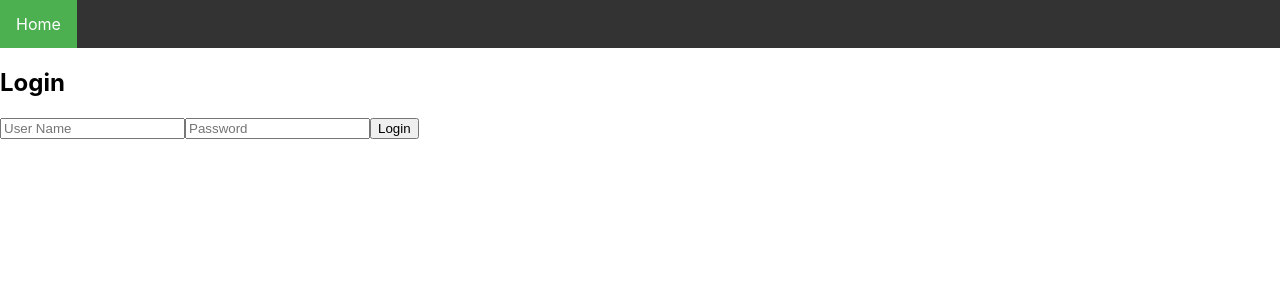
Repository: dechavez4/semester3_exam_frontend
Page: /
The author's editor kept a copy of each file at every save. The page is drawn from the files as they stood at one save, then again after the next save.
The browser window is 1280 px wide. The pictures show the whole page.
The project was rebuilt for these pictures with package versions that can differ from the ones it lists, and the page was loaded fresh each time. Also part of the build but not shown: src/App.css.

Above is the page before, as saved 2019-11-14 15:04:39.

After the next save:
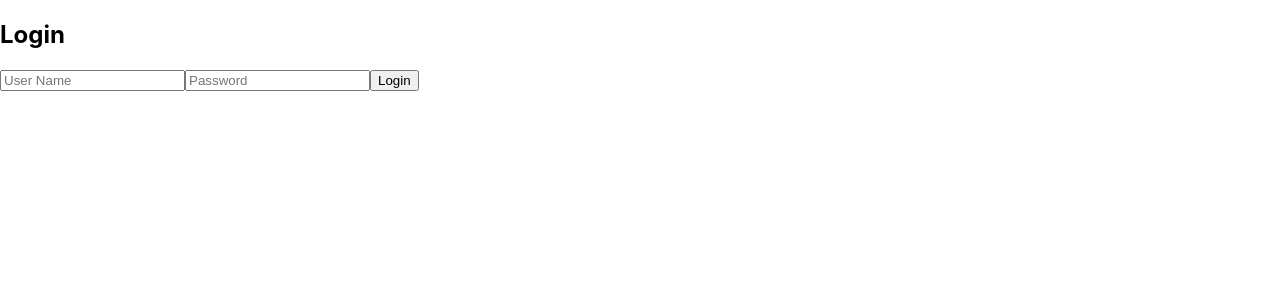
Saved 38 s later.
--- a/src/App.js
+++ b/src/App.js
@@ -52,23 +52,14 @@ function LogIn({ login }) {
   };
 
   return (
-    <Router>
-      <ul className="header">
-        <li>
-          <NavLink exact activeClassName="active" to="/">
-            Home
-          </NavLink>
-        </li>
-      </ul>
-      <div>
-        <h2>Login</h2>
-        <form onChange={onChange}>
-          <input placeholder="User Name" id="username" />
-          <input placeholder="Password" id="password" />
-          <button onClick={performLogin}>Login</button>
-        </form>
-      </div>
-    </Router>
+    <div>
+      <h2>Login</h2>
+      <form onChange={onChange}>
+        <input placeholder="User Name" id="username" />
+        <input placeholder="Password" id="password" />
+        <button onClick={performLogin}>Login</button>
+      </form>
+    </div>
   );
 }
 
